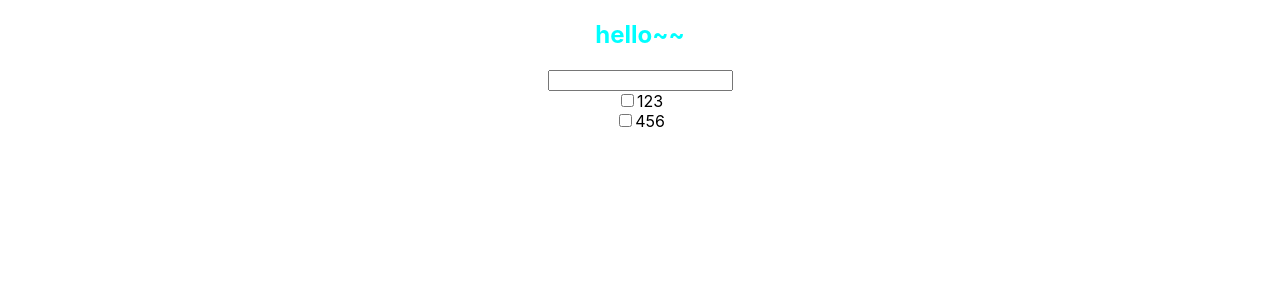
Repository: Gaays/React-todo-list
Page: /
The author's editor kept a copy of each file at every save. The page is drawn from the files as they stood at one save, then again after the next save.
The browser window is 1280 px wide. The pictures show the whole page.
The project was rebuilt for these pictures with package versions that can differ from the ones it lists, and the page was loaded fresh each time.

Above is the page before, as saved 2022-10-15 19:45:20.

After the next save:
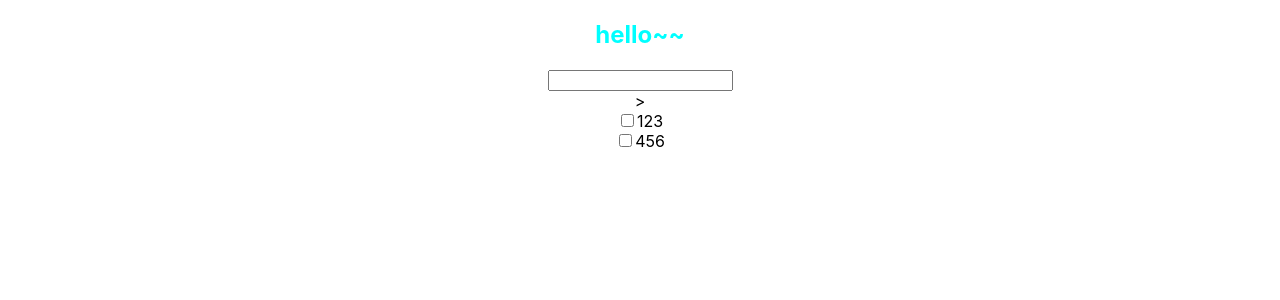
Saved 2 min 47 s later.
--- a/src/components/Todo/index.jsx
+++ b/src/components/Todo/index.jsx
@@ -7,10 +7,14 @@
   state = {
     value: ''
   }
+  submit = () => {
+    console.log(this.state.value)
+    this.props.submit(this.state.value)
+  }
   render() {
     return (
       <div>
-        <input type="text" />
+        <input type="text" value={this.state.value} onKeyUp={this.submit} />
       </div>
     );
   }
@@ -31,8 +35,13 @@
       },
     ]
   }
-  addListItem=(data)=>{
-    const id = <Num></Num>(new Date())
+  addListItem = (data) => {
+    const id = Number(new Date())
+    let list = this.state.list.slice()
+    list.unshift({ ...data, id })
+    this.setState(() => {
+      return { list: list }
+    })
   }
   changeVal = (id, state) => {
     const newList = this.state.list.slice()
@@ -42,7 +51,6 @@
     }
     this.setState(() => {
       return { list: newList }
-
     })
   }
   render() {
@@ -52,7 +60,7 @@
     return (
       <div>
         <h2 className={hello.title}>hello~~</h2 >
-        <TodoInput />
+        <TodoInput submit={this.addListItem} />>
         <div>{todoList}</div>
       </div>
     )

After the 2 saves that followed:
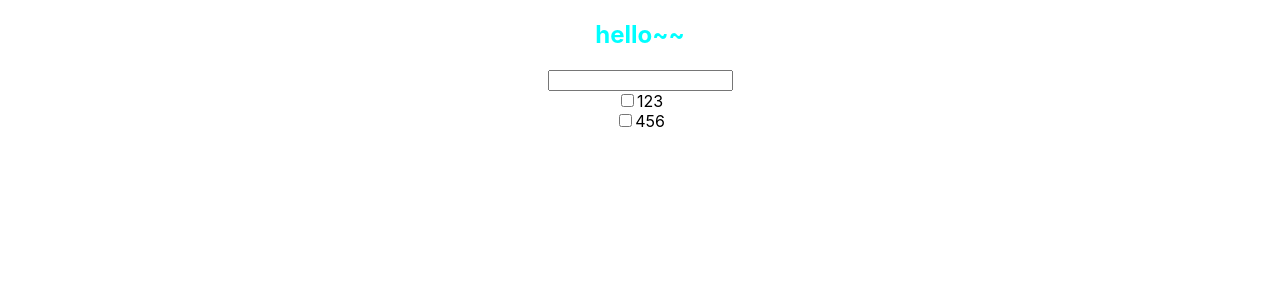
The 2 saves are shown as one change because 1 left the picture as it was.
The last was saved 104 s later.
--- a/src/components/Todo/index.jsx
+++ b/src/components/Todo/index.jsx
@@ -4,17 +4,13 @@
 
 
 class TodoInput extends Component {
-  state = {
-    value: ''
-  }
-  submit = () => {
-    console.log(this.state.value)
-    this.props.submit(this.state.value)
+  submit = (e) => {
+    this.props.submit(e.target.value)
   }
   render() {
     return (
       <div>
-        <input type="text" value={this.state.value} onKeyUp={this.submit} />
+        <input type="text" onChange={this.submit} />
       </div>
     );
   }
@@ -35,10 +31,10 @@
       },
     ]
   }
-  addListItem = (data) => {
+  addListItem = (label) => {
     const id = Number(new Date())
     let list = this.state.list.slice()
-    list.unshift({ ...data, id })
+    list.unshift({ label: label, id: id, check: false })
     this.setState(() => {
       return { list: list }
     })
@@ -60,7 +56,7 @@
     return (
       <div>
         <h2 className={hello.title}>hello~~</h2 >
-        <TodoInput submit={this.addListItem} />>
+        <TodoInput submit={this.addListItem} />
         <div>{todoList}</div>
       </div>
     )
